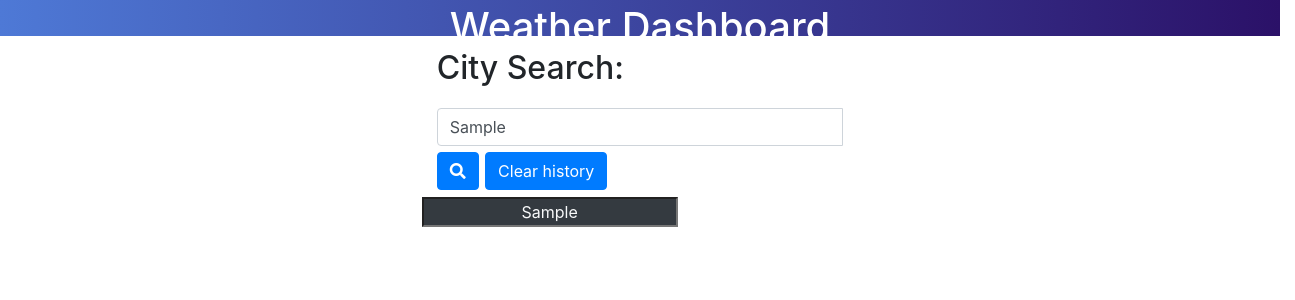
Repository: brenhamp/weather-dashboard
Page: index.html
An editor plug-in stored every save of this project. The page is shown before and after the next save, followed by the edit.
The browser window is 1280 px wide. The page is 1295 px wide, so the pictures cover 1295 px, including what lies to the right of the window. The pictures show the whole page.
Empty fields were first filled with sample values (such as "Sample", 5 or name@example.com).
After loading, the first visible `#search-button` was clicked once.
The page's requests for data from a server got no answer. Some web libraries are served in a nearby version.

Above is the page before, as saved 2021-12-12 21:09:29.
Console error (its wording comes from the project's code and is left out).

### index.html
<!DOCTYPE html>
<html lang="en">
<head>
    <meta charset="UTF-8">
    <meta http-equiv="X-UA-Compatible" content="IE=edge">
    <meta name="viewport" content="width=device-width, initial-scale=1.0">
    <link rel="stylesheet" href="./assets/css/style.css">
    <link rel="stylesheet" href="https://stackpath.bootstrapcdn.com/bootstrap/4.3.1/css/bootstrap.min.css" crossorigin="anonymous">
    <link rel="stylesheet" href="https://cdnjs.cloudflare.com/ajax/libs/font-awesome/5.11.2/css/all.min.css">
    <title>Weather Dashboard</title>
</head>
<body>
    <header class="hero">
        <h1>Weather Dashboard</h1>
    </header>

    <div class="row">
        <div class="col-lg-4">
            <h2>City Search:</h2>
            <div class="input-group">
                <input id="city-input" type="text" class="form-control" placeholder="Enter a city" aria-label="Enter a city">
                <div class="input-group append">
                    <button class="btn btn-primary" type="button" id="search-button">
                        <i class="fas fa-search"></i>
                    </button>

                    <button class="btn btn-primary" type="button" id="clear-history">Clear history</button>
                </div>
            </div>

            <form id="history"></form>

        </div>
        <div class="col-lg-9">
            <div class="row">
                <div id="todays-weather">
                    <div>
                        <h3 id="city-name" class="city-name">
                        </h3>
                        <img id="sky">
                        <div id="temperature"></div>
                        <div id="humidity"></div>
                        <div id="wind"></div>
                        <div id="UV"></div>
                    </div>
                </div>
            </div>

            <!-- hide forecast until needed -->
            <div id="five-day-forecast" class="d-none">
                <h3>Five-Day Forecast</h3>
                <div class="row">
                    <div class="forecast"></div>
                    <div class="forecast"></div>
                    <div class="forecast"></div>
                    <div class="forecast"></div>
                    <div class="forecast"></div>
                </div>
            </div>
        </div>
    </div>


    <script src="https://unpkg.com/axios/dist/axios.min.js"></script>
    <script src="./assets/js/script.js"></script>

</body>
</html>

### assets/css/style.css
.hero {
    background-image: linear-gradient(to right, rgb(78, 121, 214), rgb(43, 17, 104));
    height: 5vh;
    text-align: center;
    margin: auto;
    line-height: 5vh;
    color: white
}

h1 {
    line-height: inherit;
    padding: .25vw 0;
}

h2 {
    padding: 1vw 0;
}

.row {
    justify-content: space-around;
}

p {
    text-align: center;
}

button:not(:disabled) {
    margin: 0.5vw 0.5vw 0.5vw 0;
}

#history {
    margin: auto;
}

### assets/js/script.js
function weatherDashboard() {
    //define HTML elements
const city = document.getElementById("city-input");
const search = document.getElementById("search-button");
const clear = document.getElementById("clear-history");
const name = document.getElementById("city-name");
const sky = document.getElementById("sky");
const temp = document.getElementById("temperature");
const humidity = document.getElementById("humidity");
const wind = document.getElementById("wind");
const UV = document.getElementById("UV");
const history = document.getElementById("history");
const forecast = document.getElementById("five-day-forecast");
const todaysWeather = document.getElementById("todays-weather");

    //my API key from OpenWeather
    apiKey = "4f9f2b98f7dbd0bd303f0561775c2890";

    //function to contain all API requests
    function getWeather(cityName) {
        let queryURL = "https://api.openweathermap.org/data/2.5/weather?q=" + cityName + "&units=imperial" + "&appid=" + apiKey;
        axios.get(queryURL)
        .then(function(response) {
            todaysWeather.classList.remove("d-none");

            //retrieve current date for displaying
            currentDate = new Date(response.data.dt * 1000);
            day = currentDate.getDate();
            month = currentDate.getMonth() + 1;
            year = currentDate.getFullYear();

            name.innerHTML = response.data.name + " (" + month + "/" + day + "/" + year +")";

            //display today's weather including sky icon, temp, humidity and wind speed
            let skyImg = response.data.weather[0].icon;
            sky.setAttribute("src", "https://openweathermap.org/img/wn/" + skyImg + "@2x.png");
            sky.setAttribute("alt", response.data.weather[0].description);
            temp.innerHTML = "Temperature: " + response.data.main.temp + " &#176F";
            humidity.innerHTML = "Humidity: " + response.data.main.humidity + "%";
            wind.innerHTML = "Wind Speed: " + response.data.wind.speed + " MPH";

            //get UV index using latitude and longitude
            let lat = response.data.coord.lat;
            let lon = response.data.coord.lon;
            let UVQueryURL = "https://api.openweathermap.org/data/2.5/uvi/forecast?lat=" + lat + "&lon=" + lon + "&units=imperial" + "&appid=" + apiKey + "&cnt=1";
            axios.get(UVQueryURL)
                .then(function (response) {
                    //use span for HTML convenience
                    let UVIndex = document.createElement("span");

                    //change color to indicate mild/moderate/severe UV levels
                    if (response.data[0].value < 4 ) {
                        UVIndex.setAttribute("class", "badge badge-success");
                    }
                    else if (response.data[0].value < 8) {
                        UVIndex.setAttribute("class", "badge badge-warning");
                    }
                    else {
                        UVIndex.setAttribute("class", "badge badge-danger");
                    }
                    //append to HTML
                    UVIndex.innerHTML = response.data[0].value;
                    UV.innerHTML = "UV Index: ";
                    UV.append(UVIndex);
        });

           //five-day forecast script
           let cityID = response.data.id;
           let forecastQueryURL = "https://api.openweathermap.org/data/2.5/forecast?id=" + cityID + "&units=imperial" + "&appid=" + apiKey;
           axios.get(forecastQueryURL)
               .then(function (response) {
                   //when query is sent, show the forecast elements
                   forecast.classList.remove("d-none");

                       //select all forecast divs and assign future dates to them in order
                       const forecastEls = document.querySelectorAll(".forecast");
                       for (i = 0; i < forecastEls.length; i++) {
                           forecastEls[i].innerHTML = "";
                           const forecastIndex = i * 8 + 4;
                           const forecastDate = new Date(response.data.list[forecastIndex].dt * 1000);
                           const forecastDay = forecastDate.getDate();
                           const forecastMonth = forecastDate.getMonth() + 1;
                           const forecastYear = forecastDate.getFullYear();
                           const forecastDateEl = document.createElement("p");
                           forecastDateEl.setAttribute("class", "mt-3 mb-0 forecast-date");
                           forecastDateEl.innerHTML = forecastMonth + "/" + forecastDay + "/" + forecastYear;
                           forecastEls[i].append(forecastDateEl);

                           //append sky icons and weather info to each future day forecast
                           const forecastSky = document.createElement("img");
                           forecastSky.setAttribute("src", "https://openweathermap.org/img/wn/" + response.data.list[forecastIndex].weather[0].icon + "@2x.png");
                           forecastSky.setAttribute("alt", response.data.list[forecastIndex].weather[0].description);
                           forecastEls[i].append(forecastSky);
                           const forecastTempEl = document.createElement("p");
                           forecastTempEl.innerHTML = "Temp: " + response.data.list[forecastIndex].main.temp + " &#176F";
                           forecastEls[i].append(forecastTempEl);
                           const forecastHumidityEl = document.createElement("p");
                           forecastHumidityEl.innerHTML = "Humidity: " + response.data.list[forecastIndex].main.humidity + "%";
                           forecastEls[i].append(forecastHumidityEl);
                       }
                    })
    });
}

    //search history functionality
    let searchHistory = JSON.parse(localStorage.getItem("search")) || [];

    function renderSearchHistory () {
        //start off blank
        history.innerHTML = "";
        //create new history item each time a city name is submitted
        for (let i = 0; i < searchHistory.length; i++) {
            const historyEl = document.createElement("input");
                historyEl.setAttribute("type", "text");
                historyEl.setAttribute("readonly", true);
                historyEl.setAttribute("class", "row d-inline-block bg-dark margin-10 text-light text-center");
                historyEl.setAttribute("value", searchHistory[i]);
                historyEl.addEventListener("click", function() {
                getWeather(historyEl.value);
            })
            history.append(historyEl);
        }
    }

    //initial call for history function
    renderSearchHistory();

    //listener for search; save searches to localStorage
    search.addEventListener("click",  function () {
        searchTerm = city.value;
        getWeather(searchTerm);
        searchHistory.push(searchTerm);
        localStorage.setItem("search", JSON.stringify(searchHistory));
        renderSearchHistory();
    })


    //listener for clear button; clear localStorage and leave search array blank
    clear.addEventListener("click", function () {
        localStorage.clear();
        searchHistory = [];
        renderSearchHistory();
    })


};

//initialize javascript
weatherDashboard ();

After the next save:
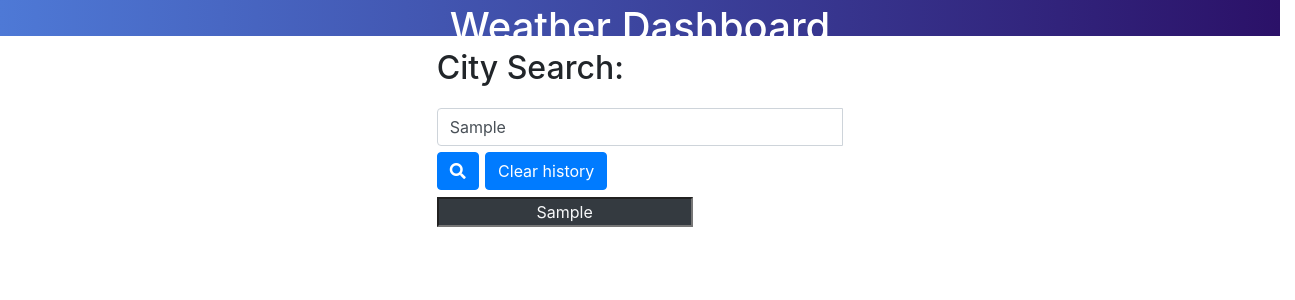
Saved 27 s later.
--- a/assets/js/script.js
+++ b/assets/js/script.js
@@ -113,7 +113,7 @@ const todaysWeather = document.getElementById("todays-weather");
             const historyEl = document.createElement("input");
                 historyEl.setAttribute("type", "text");
                 historyEl.setAttribute("readonly", true);
-                historyEl.setAttribute("class", "row d-inline-block bg-dark margin-10 text-light text-center");
+                historyEl.setAttribute("class", "d-inline-block bg-dark text-light text-center");
                 historyEl.setAttribute("value", searchHistory[i]);
                 historyEl.addEventListener("click", function() {
                 getWeather(historyEl.value);
